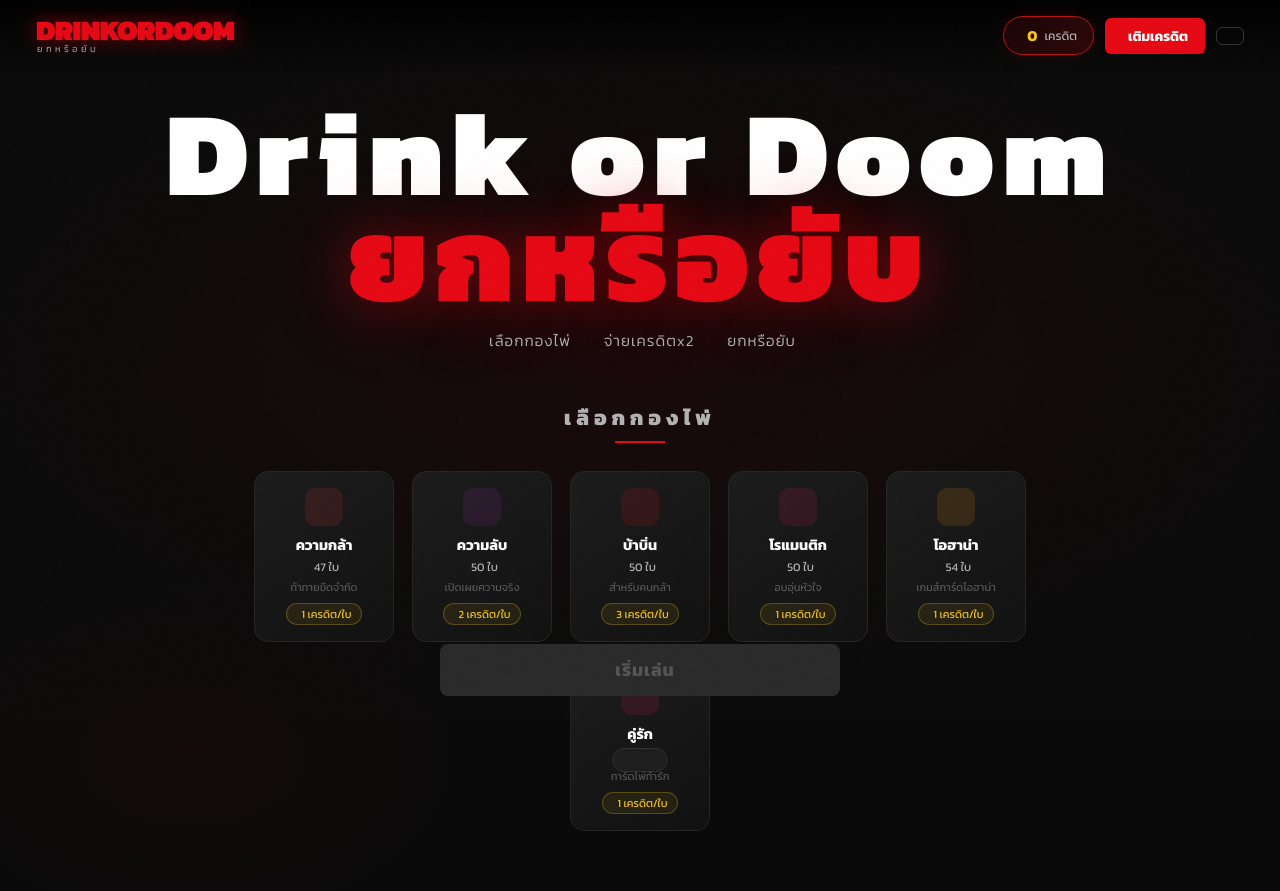
Repository: nuthiokhaw99/Drink-or-Doom.github.io
Page: index.html
The author's editor kept a copy of each file at every save. The page is drawn from the files as they stood at one save, then again after the next save.
The browser window is 1280 px wide. The pictures show the whole page.
Some icons come from a web library that is not loaded, so they are not drawn.

Above is the page before, as saved 2026-03-25 00:48:51.

### index.html
<!DOCTYPE html>
<html lang="th">
<head>
<meta charset="UTF-8">
<meta name="viewport" content="width=device-width, initial-scale=1.0">
<title>DEALSHOT — ไพ่วงเหล้า</title>

<!-- Fonts -->
<link href="https://fonts.googleapis.com/css2?family=Kanit:ital,wght@0,300;0,400;0,600;0,700;0,800;0,900;1,400&display=swap" rel="stylesheet">

<!-- Flaticon Uicons -->
<link rel="stylesheet" href="https://cdn-uicons.flaticon.com/2.6.0/uicons-solid-rounded/css/uicons-solid-rounded.css">
<link rel="stylesheet" href="https://cdn-uicons.flaticon.com/2.6.0/uicons-regular-rounded/css/uicons-regular-rounded.css">
<link rel="stylesheet" href="https://cdn-uicons.flaticon.com/2.6.0/uicons-brands/css/uicons-brands.css">

<!-- Styles -->
<link rel="stylesheet" href="css/main.css">
<link rel="stylesheet" href="css/components.css">
<link rel="stylesheet" href="css/admin.css">
</head>
<body>

<header class="hdr">
  <div class="logo" onclick="goHome()">
    <div class="logo-wordmark">
      <span class="logo-main">DRINKORDOOM</span>
      <span class="logo-sub">ยกหรือยับ</span>
    </div>
  </div>
  <div class="hdr-r">
    <div class="credit-pill" onclick="openTopup()">
      <i class="fi fi-sr-coins" style="color:var(--gold);font-size:.95rem;"></i>
      <span class="amt" id="cr-disp">0</span>
      <span class="lbl">เครดิต</span>
    </div>
    <button class="btn-topup" onclick="openTopup()">
      <i class="fi fi-sr-plus"></i><span class="lbl-txt">เติมเครดิต</span>
    </button>
        <button class="btn-ghost" id="btn-admin" onclick="showAdmin()">
        <i class="fi fi-sr-tools"></i>
        </button>
  </div>
</header>

<!-- ============ HOME SCREEN ============ -->
<div id="home-screen">
  <section class="hero">
    <div class="big-title"><div>Drink or Doom</div><div class="r">ยกหรือยับ</div></div>
    <p class="hero-sub">
      <span class="chip"><i class="fi fi-sr-layers" style="color:var(--red);font-size:.85rem;"></i> เลือกกองไพ่</span>
      <span class="sep">·</span>
      <span class="chip"><i class="fi fi-sr-coins" style="color:var(--gold);font-size:.85rem;"></i> จ่ายเครดิตx2</span>
      <span class="sep">·</span>
      <span class="chip"><i class="fi fi-sr-bolt" style="color:var(--red);font-size:.85rem;"></i> ยกหรือยับ</span>
    </p>
    <p class="sec-label">เลือกกองไพ่</p>
    <div class="deck-grid-wrap">
      <div class="deck-grid" id="deck-grid"></div>
      <button class="btn-play" id="btn-play" onclick="startGame()" disabled>
        <i class="fi fi-sr-play"></i> เริ่มเล่น
      </button>
    </div>
  </section>
</div>

<!-- ============ GAME SCREEN ============ -->
<div id="game-screen">
  <div class="game-hdr">
    <div style="display:flex;align-items:center;gap:14px;">
      <button class="btn-ghost" onclick="goHome()"><i class="fi fi-sr-angle-left"></i> กลับ</button>
      <div class="g-deck-info">
        <div class="g-deck-ico" id="g-ico-wrap"><i id="g-ico" class="fi fi-sr-flame"></i></div>
        <div>
          <div class="g-nm" id="g-nm"></div>
          <div class="g-rm"><i class="fi fi-rr-copy" style="font-size:.7rem;opacity:.5;"></i><span id="g-rm"></span></div>
        </div>
      </div>
    </div>
    <div style="display:flex;align-items:center;gap:10px;">
      <!-- โหมด toggle -->
      <div class="layout-toggle">
        <button class="lt-btn act" id="lt-scatter" onclick="setLayout('scatter')" title="กระจายเละ">
          <i class="fi fi-sr-shuffle"></i>
        </button>
        <button class="lt-btn" id="lt-stack" onclick="setLayout('stack')" title="เรียงตับ">
          <i class="fi fi-sr-layers"></i>
        </button>
      </div>
      <div class="g-layout-label" id="g-layout-label">แบบกระจาย</div>
    </div>
  </div>
  <div class="table-area">
    <div class="cards-wrap" id="cards-wrap"></div>
    <div class="cost-hint">
      <i class="fi fi-rr-cursor" style="opacity:.6;"></i>
      แตะการ์ดเพื่อเปิด · ใช้ <span class="hl" id="cost-show">1</span> เครดิต/ใบ
    </div>
  </div>
</div>

<!-- ============ ADMIN SCREEN ============ -->
<div id="admin-screen">
  <div class="adm-hdr">
    <div>
      <div class="adm-ttl"><i class="fi fi-sr-settings-sliders" style="color:var(--red);"></i> <span class="r">ADMIN</span> PANEL</div>
      <div class="adm-sub">จัดการไพ่และกองไพ่ทั้งหมด</div>
    </div>
    <button class="btn-ghost" onclick="goHome()"><i class="fi fi-sr-home"></i> หน้าหลัก</button>
  </div>
  <div class="tabs">
    <button class="tab act" onclick="switchTab('decks',0)"><i class="fi fi-sr-layers"></i> กองไพ่</button>
    <button class="tab" onclick="switchTab('cards',1)"><i class="fi fi-sr-pencil"></i> แก้ไขไพ่</button>
    <button class="tab" onclick="switchTab('settings',2)"><i class="fi fi-sr-settings"></i> ตั้งค่า</button>
    <button class="tab" onclick="switchTab('sheet',3)"><i class="fi fi-sr-table"></i> Spreadsheet</button>
  </div>

  <!-- Tab: Decks -->
  <div class="tab-content act" id="tc-decks">
    <div class="deck-list-adm" id="adm-deck-list"></div>
    <button class="btn-add" onclick="openDeckForm()"><i class="fi fi-sr-plus"></i> เพิ่มกองไพ่ใหม่</button>
  </div>

  <!-- Tab: Cards -->
  <div class="tab-content" id="tc-cards">
    <div style="display:flex;align-items:center;gap:10px;margin-bottom:16px;">
      <label style="color:var(--text2);font-size:.85rem;display:flex;align-items:center;gap:6px;">
        <i class="fi fi-sr-layers"></i> กองไพ่:
      </label>
      <select class="fc" id="adm-deck-sel" style="width:200px" onchange="loadCE()"></select>
    </div>
    <div class="card-editor-box">
      <h3 id="ce-title"><i class="fi fi-sr-layers" style="color:var(--red);"></i> เลือกกองไพ่ก่อน</h3>
      <div class="card-list-ed" id="card-list-ed"></div>
      <button class="btn-add-card" onclick="addCRow()"><i class="fi fi-sr-plus"></i> เพิ่มไพ่</button>
    </div>
    <div style="display:flex;justify-content:flex-end;margin-top:14px;">
      <button class="btn-save" onclick="saveCards()"><i class="fi fi-sr-disk"></i> บันทึก</button>
    </div>
  </div>

  <!-- Tab: Settings -->
  <div class="tab-content" id="tc-settings">
    <div class="sheet-sec">
      <h3><i class="fi fi-sr-settings" style="color:var(--red);"></i> ตั้งค่าระบบ</h3>
      <p>กำหนดเครดิตเริ่มต้นและชื่อเว็บ</p>
      <div class="fg"><label><i class="fi fi-sr-coins"></i> เครดิตเริ่มต้น (ทดสอบ)</label><input type="number" class="fc" id="st-cr" value="10"></div>
      <div class="fg"><label><i class="fi fi-sr-tag"></i> ชื่อเว็บ</label><input type="text" class="fc" id="st-nm" value="DEALSHOT"></div>
      <div class="fg">
        <label><i class="fi fi-sr-flask"></i> โหมดทดสอบ</label>
        <select class="fc" id="st-test"><option value="1">เปิด</option><option value="0">ปิด</option></select>
      </div>
      <button class="btn-save" onclick="saveSettings()"><i class="fi fi-sr-disk"></i> บันทึก</button>
    </div>
  </div>

  <!-- Tab: Spreadsheet -->
  <div class="tab-content" id="tc-sheet">
    <div class="sheet-sec">
      <h3><i class="fi fi-brands-google" style="color:var(--red);"></i> เชื่อม Google Spreadsheet</h3>
      <p>ใส่ URL ของ Google Sheets (Share → Anyone with link can view)</p>
      <div class="sheet-row">
        <input type="text" class="sh-inp" id="sheet-url" placeholder="https://docs.google.com/spreadsheets/d/...">
        <button class="btn-conn" onclick="connectSheet()"><i class="fi fi-sr-link"></i> เชื่อมต่อ</button>
      </div>
      <div style="margin-top:16px;padding:14px;background:#1a1a1a;border-radius:8px;font-size:.8rem;color:var(--text2);line-height:2;">
        <strong style="color:#fff;display:flex;align-items:center;gap:6px;margin-bottom:4px;">
          <i class="fi fi-sr-info" style="color:var(--red);"></i> รูปแบบ Sheet ที่รองรับ:
        </strong>
        Sheet 1: <code style="color:var(--gold);">decks</code> — id | name | icon | theme | cost_per_card | description<br>
        Sheet 2: <code style="color:var(--gold);">cards</code> — deck_id | category | text
      </div>
    </div>
    <div class="sheet-sec">
      <h3><i class="fi fi-sr-database" style="color:var(--red);"></i> Export / Import</h3>
      <p>สำรองหรือนำเข้าข้อมูลไพ่ทั้งหมด</p>
      <div style="display:flex;gap:10px;flex-wrap:wrap;">
        <button class="btn-conn" onclick="exportData()"><i class="fi fi-sr-download"></i> Export JSON</button>
        <button class="btn-conn ghost" onclick="importData()"><i class="fi fi-sr-upload"></i> Import JSON</button>
        <button class="btn-conn ghost" onclick="resetData()"><i class="fi fi-sr-rotate-left"></i> รีเซ็ต</button>
      </div>
      <input type="file" id="imp-file" accept=".json" style="display:none" onchange="handleImport(event)">
    </div>
  </div>
</div>

<!-- ============ RESULT MODAL ============ -->
<div class="overlay" id="res-overlay">
  <div class="res-card">
    <div class="res-deck-lbl" id="res-dlbl"></div>
    <div class="res-ico-wrap" id="res-ico-wrap"><i id="res-ico" class="fi fi-sr-flame"></i></div>
    <div class="res-cat" id="res-cat"></div>
    <div class="res-txt" id="res-txt"></div>
    <div class="res-acts">
      <button class="btn-close-r" onclick="closeRes()"><i class="fi fi-sr-cross"></i> ปิด</button>
      <button class="btn-next" onclick="closeRes()">ไพ่ใบต่อไป <i class="fi fi-sr-arrow-right"></i></button>
    </div>
  </div>
</div>

<!-- ============ TOP-UP MODAL ============ -->
<div class="overlay" id="topup-overlay">
  <div class="modal-box">
    <button class="modal-x" onclick="closeTopup()"><i class="fi fi-sr-cross"></i></button>
    <div class="modal-ttl"><i class="fi fi-sr-coins" style="color:var(--gold);"></i> เติม<span class="r">เครดิต</span></div>
    <div class="modal-sub">เลือกแพ็กเกจที่ต้องการ</div>
    <div class="topup-grid">
      <div class="topup-opt" onclick="selPkg(this,10)">
        <div class="coins"><i class="fi fi-sr-coins"></i> 10</div><div class="price">฿29</div>
      </div>
      <div class="topup-opt" onclick="selPkg(this,30)">
        <div class="coins"><i class="fi fi-sr-coins"></i> 30</div><div class="price">฿79</div>
        <div class="bonus"><i class="fi fi-sr-plus"></i> +5 โบนัส</div>
      </div>
      <div class="topup-opt" onclick="selPkg(this,60)">
        <div class="coins"><i class="fi fi-sr-coins"></i> 60</div><div class="price">฿149</div>
        <div class="bonus"><i class="fi fi-sr-plus"></i> +15 โบนัส</div>
      </div>
      <div class="topup-opt" onclick="selPkg(this,150)">
        <div class="coins"><i class="fi fi-sr-coins"></i> 150</div><div class="price">฿349</div>
        <div class="bonus"><i class="fi fi-sr-star"></i> +50 โบนัส</div>
      </div>
    </div>
    <div class="coming-banner">
      <strong><i class="fi fi-sr-triangle-warning"></i> ระบบชำระเงินกำลังพัฒนา</strong>
      <span style="font-size:.75rem;">กด "รับฟรี" ด้านล่างเพื่อทดสอบ</span>
    </div>
    <button class="btn-free" onclick="freeCredit()"><i class="fi fi-sr-gift"></i> รับฟรี 10 เครดิต (ทดสอบ)</button>
  </div>
</div>

<!-- ============ DECK FORM MODAL ============ -->
<div class="form-overlay" id="deck-form-ov">
  <div class="form-box">
    <button class="form-x" onclick="closeDeckForm()"><i class="fi fi-sr-cross"></i></button>
    <h3 id="df-title"><i class="fi fi-sr-layers" style="color:var(--red);"></i> เพิ่มกองไพ่ใหม่</h3>
    <div class="fg"><label><i class="fi fi-sr-tag"></i> ชื่อกองไพ่</label><input class="fc" id="df-name" placeholder="เช่น ความกล้า"></div>
    <div class="fg">
      <label><i class="fi fi-sr-apps"></i> Flaticon Uicons (เช่น fi-sr-flame)</label>
      <input class="fc" id="df-icon" placeholder="fi-sr-flame">
    </div>
    <div class="fg">
      <label><i class="fi fi-sr-palette"></i> ธีมสี</label>
      <select class="fc" id="df-theme">
        <option value="fire">ไฟ — แดง</option>
        <option value="magic">เวทมนตร์ — ม่วง</option>
        <option value="skull">กะโหลก — แดงเข้ม</option>
        <option value="heart">หัวใจ — ชมพู</option>
        <option value="star">ดาว — ทอง</option>
        <option value="bolt">ฟ้าผ่า — ส้ม</option>
        <option value="default">ค่าเริ่มต้น — เทา</option>
      </select>
    </div>
    <div class="fg"><label><i class="fi fi-sr-align-left"></i> คำอธิบาย</label><input class="fc" id="df-desc" placeholder="คำอธิบายสั้นๆ"></div>
    <div class="fg"><label><i class="fi fi-sr-coins"></i> ค่าเครดิต/ใบ</label><input class="fc" type="number" id="df-cost" value="1" min="0"></div>
    <div class="form-acts">
      <button class="btn-cancel" onclick="closeDeckForm()"><i class="fi fi-sr-cross"></i> ยกเลิก</button>
      <button class="btn-save" onclick="saveDeck()"><i class="fi fi-sr-disk"></i> บันทึก</button>
    </div>
  </div>
</div>

<!-- ============ TOAST ============ -->
<div class="toast" id="toast">
  <i id="toast-ico" class="fi fi-sr-check-circle" style="color:#4caf50;"></i>
  <span id="toast-msg"></span>
</div>

<!-- ============ SCRIPTS ============ -->
<!-- โหลด db.js ก่อน เพราะไฟล์อื่นใช้ DB -->
<script src="js/db.js"></script>
<script src="js/admin-keys.js"></script>
<script src="js/payment.js"></script>
<script src="js/api.js"></script>
<script src="js/components.js"></script>
<script src="js/admin.js"></script>
<script src="js/app.js"></script>
</body>
</html>

### css/main.css
/* =========================================
   main.css — Base styles, variables, layout
   ========================================= */

:root {
  --bg: #0a0a0a;
  --bg2: #111;
  --bg3: #1a1a1a;
  --red: #e50914;
  --red2: #b81213;
  --red3: #ff1a24;
  --gold: #f5c518;
  --text: #fff;
  --text2: #b3b3b3;
  --text3: #555;
  --glow: rgba(229, 9, 20, 0.35);
}

* { margin: 0; padding: 0; box-sizing: border-box; }

body {
  background: var(--bg);
  color: var(--text);
  font-family: "Kanit", sans-serif;
  min-height: 100vh;
  overflow-x: hidden;
}

/* Grain overlay */
body::before {
  content: "";
  position: fixed;
  inset: 0;
  background-image: url("data:[embedded picture, 298 characters]");
  pointer-events: none;
  z-index: 9998;
  opacity: .35;
}

/* ---- DECK ICON COLOR THEMES ---- */
.th-fire    { background: rgba(229,57,53,.13);  color: #ef5350; }
.th-magic   { background: rgba(156,39,176,.13);  color: #ce93d8; }
.th-skull   { background: rgba(229,9,20,.13);    color: var(--red); }
.th-heart   { background: rgba(233,30,99,.13);   color: #f06292; }
.th-star    { background: rgba(245,197,24,.13);  color: var(--gold); }
.th-bolt    { background: rgba(255,152,0,.13);   color: #ffa726; }
.th-default { background: rgba(255,255,255,.06); color: var(--text2); }

/* ---- HEADER ---- */
.hdr {
  display: flex; align-items: center; justify-content: space-between;
  padding: 16px 36px;
  position: fixed; top: 0; left: 0; right: 0; z-index: 200;
  background: linear-gradient(180deg, rgba(0,0,0,.96) 0%, transparent 100%);
  border-bottom: 1px solid rgba(229,9,20,.12);
}
.logo {
  display: flex; align-items: center;
  cursor: pointer; text-decoration: none;
  user-select: none;
}

/* Netflix-style wordmark */
.logo-wordmark {
  display: flex;
  flex-direction: column;
  line-height: 1;
  gap: 1px;
}

.logo-main {
  font-family: "Kanit", sans-serif;
  font-weight: 900;
  font-size: 1.75rem;
  color: var(--red);
  letter-spacing: -0.5px;   /* Netflix แน่น ไม่ห่าง */
  text-transform: uppercase;
  /* เงา glow แบบ Netflix */
  text-shadow:
    0 0 20px rgba(229,9,20,.6),
    0 2px 4px rgba(0,0,0,.8);
  /* ขอบบางๆ ให้ดู solid */
  -webkit-text-stroke: 0.5px rgba(255,60,60,.3);
  transition: text-shadow .2s;
}

.logo-sub {
  font-family: "Kanit", sans-serif;
  font-weight: 300;
  font-size: .58rem;
  color: var(--text2);
  letter-spacing: 3.5px;
  text-transform: uppercase;
  padding-left: 1px;
}

.logo:hover .logo-main {
  text-shadow:
    0 0 30px rgba(229,9,20,.9),
    0 0 60px rgba(229,9,20,.4),
    0 2px 4px rgba(0,0,0,.8);
}

/* ลบ class เก่าที่ไม่ใช้แล้ว */
.logo-ico { display: none; }
.logo-txt { display: none; }
.hdr-r { display: flex; align-items: center; gap: 11px; }

/* ---- CREDIT PILL ---- */
.credit-pill {
  display: flex; align-items: center; gap: 7px;
  background: linear-gradient(135deg, #1a0505, #2d0808);
  border: 1px solid var(--red2); border-radius: 30px;
  padding: 7px 16px; cursor: pointer; transition: .2s;
  box-shadow: 0 0 18px rgba(229,9,20,.12);
}
.credit-pill:hover { border-color: var(--red); box-shadow: 0 0 24px var(--glow); }
.credit-pill .amt  { color: var(--gold); font-weight: 700; font-size: .95rem; }
.credit-pill .lbl  { color: var(--text2); font-size: .75rem; }

/* ---- BUTTONS ---- */
.btn-topup {
  background: var(--red); color: #fff; border: none;
  padding: 8px 17px; border-radius: 6px;
  font-family: "Kanit", sans-serif; font-weight: 700; font-size: .85rem;
  cursor: pointer; transition: .2s;
  display: flex; align-items: center; gap: 6px;
  white-space: nowrap;   /* เพิ่ม — ไม่ตัดบรรทัด */
  flex-shrink: 0;        /* เพิ่ม — ไม่ให้หด */
}
.btn-topup:hover { background: var(--red3); transform: translateY(-1px); box-shadow: 0 4px 18px var(--glow); }

.btn-ghost {
  background: transparent; color: var(--text2); border: 1px solid #333;
  padding: 8px 13px; border-radius: 6px;
  font-family: "Kanit", sans-serif; font-size: .82rem;
  cursor: pointer; transition: .2s;
  display: flex; align-items: center; gap: 6px;
}
.btn-ghost:hover { border-color: var(--text2); color: #fff; }

/* ---- HERO ---- */
.hero {
  min-height: 100vh; display: flex; flex-direction: column;
  align-items: center; justify-content: center;
  padding: 100px 20px 60px; position: relative;
}
.hero::before {
  content: ""; position: absolute; inset: 0;
  background:
    radial-gradient(ellipse 80% 55% at 50% 40%, rgba(229,9,20,.07) 0%, transparent 70%),
    radial-gradient(ellipse 40% 35% at 15% 85%, rgba(229,9,20,.04) 0%, transparent 60%);
}
.big-title {
  font-family: "Kanit", sans-serif; font-weight: 900;
  font-size: clamp(3.5rem, 10vw, 7.5rem);
  letter-spacing: 8px; text-align: center; line-height: .88; position: relative; z-index: 1;
}
.big-title .r { color: var(--red); text-shadow: 0 0 50px var(--glow), 0 0 100px rgba(229,9,20,.2); }
.hero-sub {
  color: var(--text2); font-size: .95rem; font-weight: 300; letter-spacing: 1px;
  margin: 18px 0 50px; position: relative; z-index: 1;
  display: flex; align-items: center; gap: 12px; flex-wrap: wrap; justify-content: center;
}
.hero-sub .chip { display: flex; align-items: center; gap: 5px; }
.hero-sub .sep  { color: var(--red); opacity: .4; }
.sec-label {
  font-family: "Kanit", sans-serif; font-weight: 800; font-size: 1.3rem;
  letter-spacing: 5px; color: var(--text2); text-align: center;
  margin-bottom: 28px; position: relative; z-index: 1;
}
.sec-label::after { content: ""; display: block; width: 50px; height: 2px; background: var(--red); margin: 8px auto 0; }

/* ---- DECK GRID ---- */
.deck-grid {
  display: flex; flex-wrap: wrap; gap: 18px; justify-content: center;
  position: relative; z-index: 1; max-width: 900px;
}
.deck-card {
  background: linear-gradient(145deg, #1c1c1c, #111);
  border: 1px solid #252525; border-radius: 14px;
  padding: 16px 18px;        /* ลดจาก 24px 28px */
  cursor: pointer;
  transition: all .3s cubic-bezier(.23,1,.32,1);
  position: relative; overflow: hidden;
  min-width: 140px;          /* ลดจาก 188px */
  text-align: center;
}
.deck-card::before {
  content: ""; position: absolute; top: 0; left: 0; right: 0; height: 2px;
  background: linear-gradient(90deg, transparent, var(--red), transparent);
  opacity: 0; transition: opacity .3s;
}
.deck-card:hover             { border-color: var(--red2); transform: translateY(-5px); box-shadow: 0 18px 44px rgba(229,9,20,.18); }
.deck-card:hover::before,
.deck-card.sel::before       { opacity: 1; }
.deck-card.sel               { border-color: var(--red); box-shadow: 0 0 28px var(--glow); background: linear-gradient(145deg, #1f0505, #130303); }
.d-ico-wrap {
  width: 38px; height: 38px;  /* ลดจาก 50px */
  border-radius: 10px;
  display: flex; align-items: center; justify-content: center;
  margin: 0 auto 8px;         /* ลดจาก 12px */
  font-size: 1.1rem;          /* ลดจาก 1.5rem */
}

.d-name { font-weight: 700; font-size: .9rem; margin-bottom: 2px; }  /* ลดจาก 1.05rem */
.d-cnt  { color: var(--text2); font-size: .72rem; display: flex; align-items: center; gap: 5px; justify-content: center; margin-top: 2px; }
.d-desc { color: var(--text3); font-size: .68rem; margin-top: 3px; }
.d-cost { display: inline-flex; align-items: center; gap: 5px; background: rgba(245,197,24,.08); border: 1px solid rgba(245,197,24,.25); border-radius: 20px; padding: 2px 9px; font-size: .68rem; color: var(--gold); margin-top: 8px; }
.btn-play {
  background: var(--red); color: #fff; border: none;
  padding: 13px 44px; border-radius: 8px;
  font-family: "Kanit", sans-serif; font-weight: 700; font-size: 1.1rem;
  cursor: pointer; margin: 0 auto;
  letter-spacing: 1px; transition: .25s;
  position: fixed; z-index: 100;
  box-shadow: 0 4px 28px var(--glow);
  display: flex; align-items: center; justify-content: center; gap: 10px;

  width: calc(100vw - 48px);
  max-width: 400px;
  bottom: 24px;
  left: 0;
  right: 0;
}
.btn-play:hover    { background: var(--red3); transform: translateY(-2px); box-shadow: 0 8px 40px var(--glow); }
.btn-play:disabled { background: #2a2a2a; color: #555; cursor: not-allowed; box-shadow: none; transform: none; }

/* ---- TOAST ---- */
.toast {
  position: fixed; bottom: 28px; left: 50%;
  transform: translateX(-50%) translateY(80px);
  background: #1e1e1e; border: 1px solid #333; border-radius: 30px;
  padding: 11px 22px; font-size: .88rem; z-index: 1000;
  transition: transform .3s; pointer-events: none;
  display: flex; align-items: center; gap: 9px;
}
.toast.show { transform: translateX(-50%) translateY(0); }

/* ---- SPARKLE ---- */
.spk {
  position: fixed; pointer-events: none; z-index: 9000;
  width: 5px; height: 5px; border-radius: 50%;
  animation: spk-a .75s ease-out forwards;
}
@keyframes spk-a {
  0%   { transform: scale(1); opacity: 1; }
  100% { transform: scale(0) translate(var(--tx), var(--ty)); opacity: 0; }
}

/* ---- RESPONSIVE ---- */
@media (max-width: 580px) {
  .hdr        { padding: 13px 16px; }
  .big-title  { font-size: 3rem; }
  /* .btn-topup .lbl-txt { display: none; } */
}

html, body {
  overflow-x: hidden;
  max-width: 100%;
}

.deck-grid-wrap {
  display: flex;
  flex-direction: column;
  align-items: center;
  gap: 14px;
  max-width: 1000px;
  position: relative;
  z-index: 1;
}

body.in-game {
  overflow: hidden;
  position: fixed;
  width: 100%;
  height: 100%;
}

Loaded but not shown: js/db.js (373 lines, source omitted); js/app.js (479 lines, source omitted); js/components.js (333 lines, source omitted); js/admin.js (227 lines, source omitted); js/api.js (80 lines, source omitted); js/payment.js (64 lines, source omitted); js/admin-keys.js (25 lines, source omitted); css/components.css (361 lines, source omitted); css/admin.css (153 lines, source omitted)

After the next save:
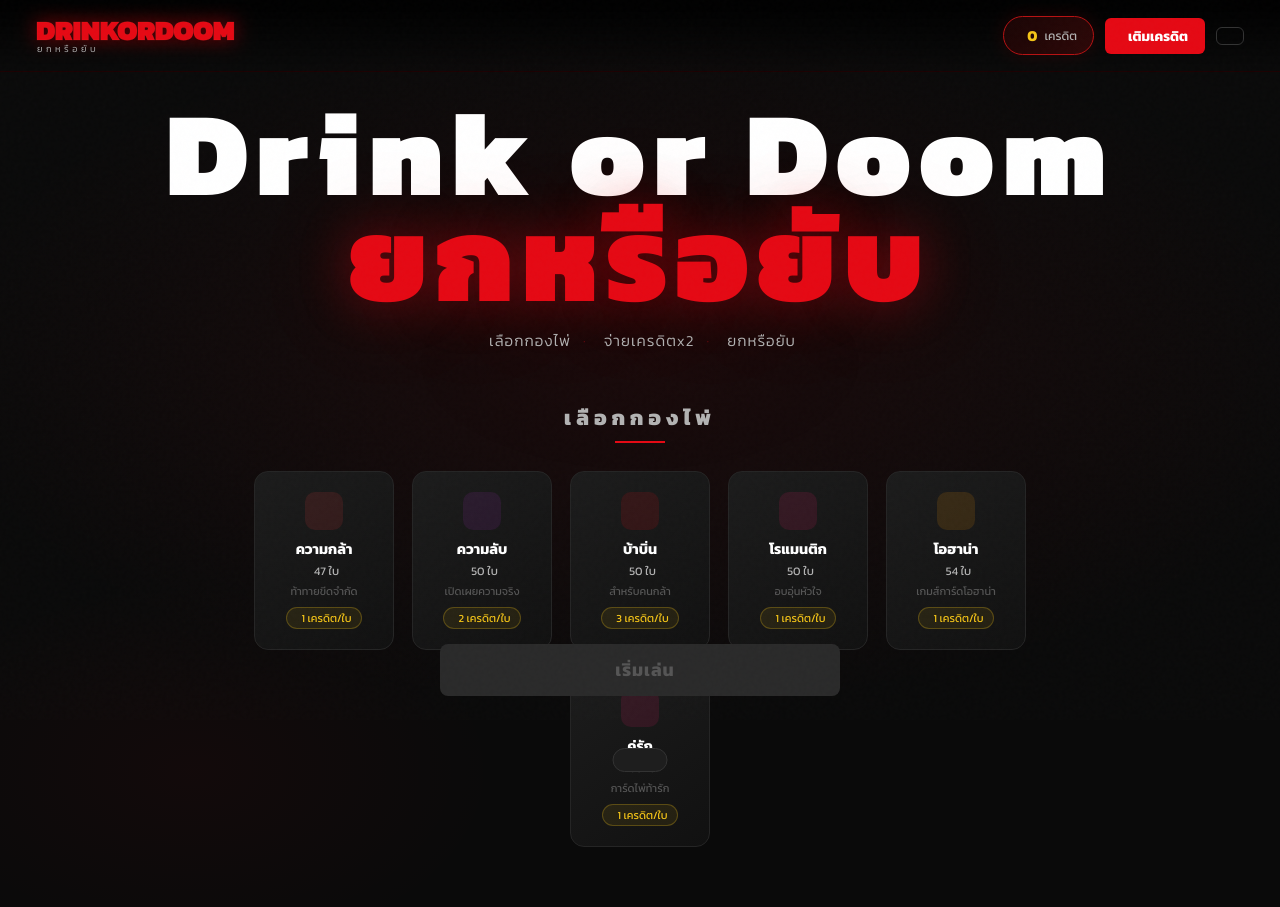
Saved 24 s later.
--- a/css/main.css
+++ b/css/main.css
@@ -179,7 +179,7 @@
 .deck-card {
   background: linear-gradient(145deg, #1c1c1c, #111);
   border: 1px solid #252525; border-radius: 14px;
-  padding: 16px 18px;        /* ลดจาก 24px 28px */
+  padding: 20px 16px;
   cursor: pointer;
   transition: all .3s cubic-bezier(.23,1,.32,1);
   position: relative; overflow: hidden;
